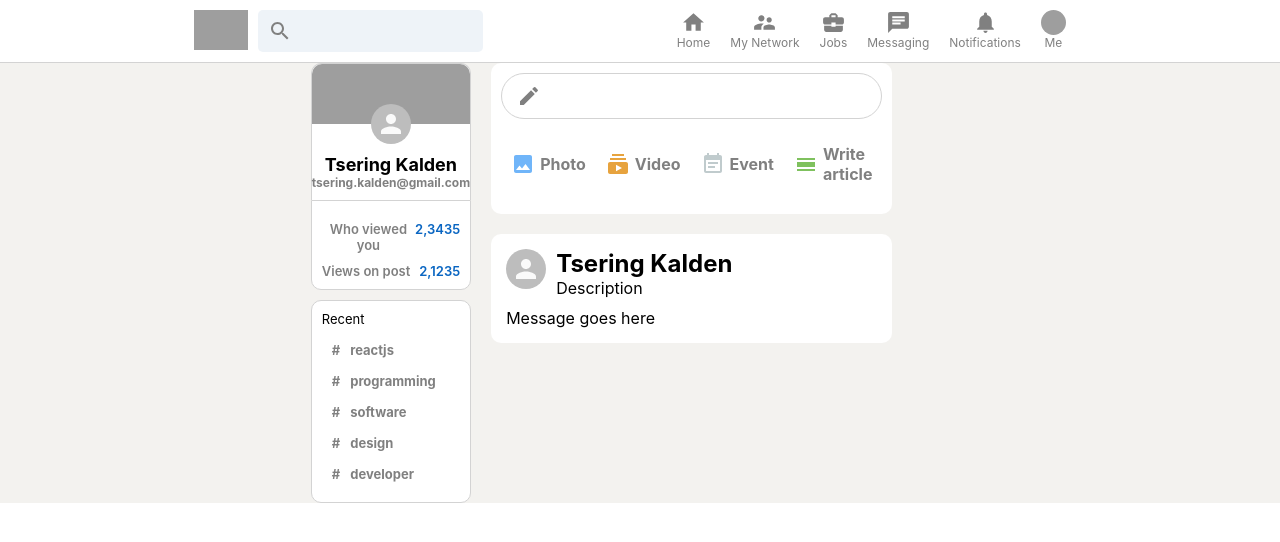
Repository: exiled-kal/linkedInreact-redux
Page: /
An editor plug-in stored every save of this project. The page is shown before and after a run of saves, followed by the edit.
The browser window is 1280 px wide. The pictures show the whole page.
Pictures or frames that could not be fetched are drawn as grey boxes. The project was rebuilt for these pictures with package versions that can differ from the ones it lists, and the page was loaded fresh each time.

Above is the page before, as saved 2020-12-23 21:19:46.

### src/App.js
import React from 'react';
import './App.css';
import Feed from './Feed';
import Header from './Header';
import Sidebar from './Sidebar';

function App() {
  return (
    <div className="app">
      <Header />

      {/* App Body */}
      <div className="app__body">
        <Sidebar />

        <Feed />
        {/* Widgets */}
      </div>
    </div>
  );
}
export default App;

### src/Feed.js
import React from 'react';
import './Feed.css';
import InputOption from './InputOption';
import Post from './Post';

import CreateIcon from '@material-ui/icons/Create';
import ImageIcon from '@material-ui/icons/Image';
import SubscriptionsIcon from '@material-ui/icons/Subscriptions';
import CalendarViewDayIcon from '@material-ui/icons/CalendarViewDay';
import EventNoteIcon from '@material-ui/icons/EventNote';

function Feed() {
  return (
    <div className="feed">
      <div className="feed__inputContainer">
        <div className="feed__input">
          <CreateIcon />
          <form>
            <input type="text" />
            <button type="submit">Send</button>
          </form>
        </div>
        <div className="feed__inputOptions">
          <InputOption Icon={ImageIcon} title="Photo" color="#70B5F9" />
          <InputOption Icon={SubscriptionsIcon} title="Video" color="#E7A33E" />
          <InputOption Icon={EventNoteIcon} title="Event" color="#C0CBCD" />
          <InputOption
            Icon={CalendarViewDayIcon}
            title="Write article"
            color="#7FC15E"
          />
        </div>
      </div>
      <Post
        name="Tsering Kalden"
        description="This is a test"
        messsage="Wow this worked"
      />
    </div>
  );
}

export default Feed;

### src/Header.js
import React from 'react';
import './Header.css';
import SearchIcon from '@material-ui/icons/Search';
import HomeIcon from '@material-ui/icons/Home';
import SupervisorAccountIcon from '@material-ui/icons/SupervisorAccount';
import BusinessCenterIcon from '@material-ui/icons/BusinessCenter';
import ChatIcon from '@material-ui/icons/Chat';
import NotificationsIcon from '@material-ui/icons/Notifications';

import HeaderOption from './HeaderOption';

function Header() {
  return (
    <div className="header">
      <div className="header__left">
        <img
          src="https://www.flaticon.com/svg/static/icons/svg/174/174857.svg"
          alt=""
        />
        <div className="header__search">
          <SearchIcon />
          <input type="text" />
        </div>
      </div>
      <div className="header__right">
        <HeaderOption Icon={HomeIcon} title="Home" />
        <HeaderOption Icon={SupervisorAccountIcon} title="My Network" />
        <HeaderOption Icon={BusinessCenterIcon} title="Jobs" />
        <HeaderOption Icon={ChatIcon} title="Messaging" />
        <HeaderOption Icon={NotificationsIcon} title="Notifications" />
        <HeaderOption
          avatar="https://lh3.googleusercontent.com/ogw/ADGmqu_TO5DxpJaFKNCrPcspEX6tJRZjHj48Ofzpj3c1qw=s64-c-mo"
          title="Me"
        />
      </div>
    </div>
  );
}

export default Header;

### src/Sidebar.js
import {Avatar} from '@material-ui/core';
import React from 'react';
import './Sidebar.css';

function Sidebar() {
  const recentItem = (topic) => (
    <div className="sidebar__recentItem">
      <span className="sidebar__hash">#</span>
      <p>{topic}</p>
    </div>
  );
  return (
    <div className="sidebar">
      <div className="sidebar__top">
        <img src="https://i.stack.imgur.com/FNNGP.gif" alt="" />
        <Avatar className="sidebar__avatar" />
        <h2>Tsering Kalden</h2>
        <h4>tsering.kalden@gmail.com</h4>
      </div>
      <div className="sidebar__stats">
        <div className="sidebar__stat">
          <p>Who viewed you</p>
          <p className="sidebar__statNumber">2,3435</p>
        </div>
        <div className="sidebar__stat">
          <p>Views on post</p>
          <p className="sidebar__statNumber">2,1235</p>
        </div>
      </div>
      <div className="sidebar__bottom">
        <p>Recent</p>
        {recentItem('reactjs')}
        {recentItem('programming')}
        {recentItem('software')}
        {recentItem('design')}
        {recentItem('developer')}
      </div>
    </div>
  );
}

export default Sidebar;

### src/features/counter/counterSlice.js
import { createSlice } from '@reduxjs/toolkit';

export const counterSlice = createSlice({
  name: 'counter',
  initialState: {
    value: 0,
  },
  reducers: {
    increment: state => {
      // Redux Toolkit allows us to write "mutating" logic in reducers. It
      // doesn't actually mutate the state because it uses the Immer library,
      // which detects changes to a "draft state" and produces a brand new
      // immutable state based off those changes
      state.value += 1;
    },
    decrement: state => {
      state.value -= 1;
    },
    incrementByAmount: (state, action) => {
      state.value += action.payload;
    },
  },
});

export const { increment, decrement, incrementByAmount } = counterSlice.actions;

// The function below is called a thunk and allows us to perform async logic. It
// can be dispatched like a regular action: `dispatch(incrementAsync(10))`. This
// will call the thunk with the `dispatch` function as the first argument. Async
// code can then be executed and other actions can be dispatched
export const incrementAsync = amount => dispatch => {
  setTimeout(() => {
    dispatch(incrementByAmount(amount));
  }, 1000);
};

// The function below is called a selector and allows us to select a value from
// the state. Selectors can also be defined inline where they're used instead of
// in the slice file. For example: `useSelector((state) => state.counter.value)`
export const selectCount = state => state.counter.value;

export default counterSlice.reducer;

### src/Feed.css
.feed {
  flex: 0.6;
  margin: 0 20px;
}

.feed__inputContainer {
  background-color: white;
  padding: 10px;
  padding-bottom: 20px;
  border-radius: 10px;
  margin-bottom: 20px;
}

.feed__input {
  border: 1px solid lightgray;
  border-radius: 30px;
  display: flex;
  padding: 10px;
  color: gray;
  padding-left: 15px;
}

.feed__input > form {
  display: flex;
  width: 100%;
}

.feed__input > form > input {
  border: none;
  flex: 1;
  margin-left: 10px;
  outline-width: 0;
  font-weight: 600;
}

.feed__input > form > button {
  display: none;
}

.feed__inputOptions {
  display: flex;
  justify-content: space-evenly;

}

### src/InputOption.js
import React from 'react';
import './InputOption.css';

function InputOption({title, Icon, color}) {
  return (
    <div className="inputOption">
      <Icon style={{color: color}} />
      <h4>{title}</h4>
    </div>
  );
}

export default InputOption;

### src/Post.js
import {Avatar} from '@material-ui/core';
import React from 'react';
import './Post.css';

function Post({name, description, message, photoUrl}) {
  return (
    <div className="post">
      <div className="post__header">
        <Avatar />
        <div className="post__info">
          <h2>Tsering Kalden</h2>
          <p>Description</p>
        </div>
      </div>
      <div className="post__body">
        <p>Message goes here</p>
      </div>
    </div>
  );
}

export default Post;

### src/Header.css
.header {
  position: sticky;
  top: 0;
  z-index: 999;
  display: flex;
  background-color: white;
  justify-content: space-evenly;
  border-bottom: 0.1px solid lightgray;
  padding-top: 10px;
  padding-bottom: 10px;
  width: 100%;
}

.header__left {
  display: flex;
}

.header__left > img {
  object-fit: contain;
  height: 40px;
  margin-right: 10px;
}

.header__search {
  padding: 10px;
  display: flex;
  align-items: center;
  border-radius: 5px;
  height: 22px;
  color: gray;
  background-color: #eef3f8;
}

.header__search > input {
  outline: none;
  border: none;
  background: none;
}

.header__right {
  display: flex;
}

### src/HeaderOption.js
import { Avatar } from '@material-ui/core';
import React from 'react';
import './HeaderOption.css';

function HeaderOption({avatar, title, Icon}) {
  return (
    <div className="headerOption">
      {Icon && <Icon className="headerOption__icon" />}
      {avatar && <Avatar className="headerOption__icon" src={avatar} />}
      <h3 className="headerOption__title">{title}</h3>
    </div>
  );
}

export default HeaderOption;

### src/Sidebar.css
.sidebar {
  position: sticky;
  top: 80px;
  flex: 0.2;
  border-radius: 10px;
  text-align: center;
  height: fit-content;
}

.sidebar__avatar {
  margin-bottom: 10px;
}

.sidebar__top > h4 {
  color: gray;
  font-size: 12px;
}

.sidebar__top > h2 {
  font-size: 18px;
}

.sidebar__top {
  display: flex;
  flex-direction: column;
  align-items: center;
  border: 1px solid lightgray;
  border-bottom: 0;
  border-top-left-radius: 10px;
  border-top-right-radius: 10px;
  background-color: white;
  padding-bottom: 10px;
}

.sidebar__top > img {
  margin-bottom: -20px;
  width: 100%;
  height: 60px;
  border-top-left-radius: 10px;
  border-top-right-radius: 10px;
  object-fit: cover;
}

.sidebar__stats {
  padding: 10px;
  margin-bottom: 10px;
  border: 1px solid lightgray;
  background-color: white;
  border-bottom-left-radius: 10px;
  border-bottom-right-radius: 10px;
}
.sidebar__stat {
  margin-top: 10px;
  display: flex;
  justify-content: space-between;
}

.sidebar__stat > p {
  color: gray;
  font-size: 13px;
  font-weight: 600;
}

.sidebar__statNumber {
  font-weight: bold;
  color: #0a66c2 !important;
}

.sidebar__bottom {
  text-align: left;
  padding: 10px;
  border: 1px solid lightgray;
  background-color: white;
  border-radius: 10px;
  margin-top: 10px;
}

.sidebar__bottom > p {
  font-size: 13px;
  padding-bottom: 10px;
}

.sidebar__recentItem {
  display: flex;
  font-size: 13px;
  color: gray;
  font-weight: bolder;
  cursor: pointer;
  margin-bottom: 5px;
  padding: 5px;
}

.sidebar__recentItem:hover {
  background-color: whitesmoke;
  border-radius: 10px;
  cursor: pointer;
  color: black;
}

.sidebar__hash {
  margin-right: 10px;
  margin-left: 5px;
}

### src/Post.css
.post {
  background-color: white;
  padding: 15px;
  margin-bottom: 10px;
  border-radius: 10px;
}

.post__header {
  display: flex;
  margin-bottom: 10px;
}

.post__info {
  margin-left: 10px;
}

..post__info > p {


}

Loaded but not shown: public/index.html (common file); src/index.js (common file); src/index.css (common file); src/app/store.js (common file); src/serviceWorker.js (common file); src/App.css (common file); src/InputOption.css (common file); src/HeaderOption.css (common file)

After the next 3 saves:
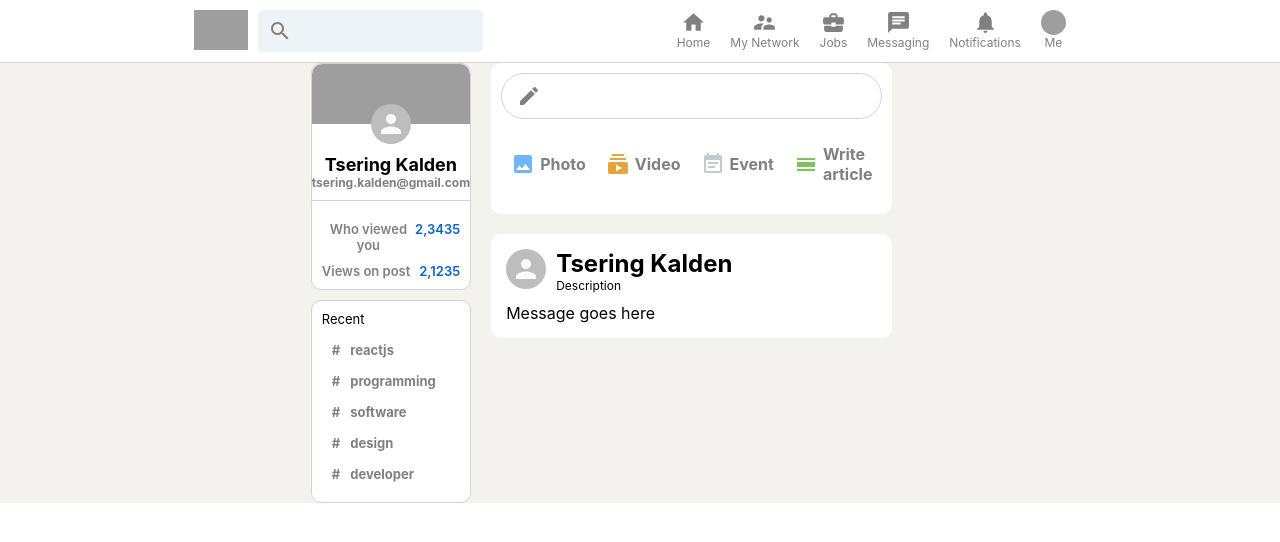
The 3 saves are shown as one change because they came seconds apart.
The last was saved 9 s later.
--- a/src/Post.css
+++ b/src/Post.css
@@ -14,7 +14,8 @@
   margin-left: 10px;
 }
 
-..post__info > p {
+.post__info > p {
+font-size: 12px;
 
 
 }
